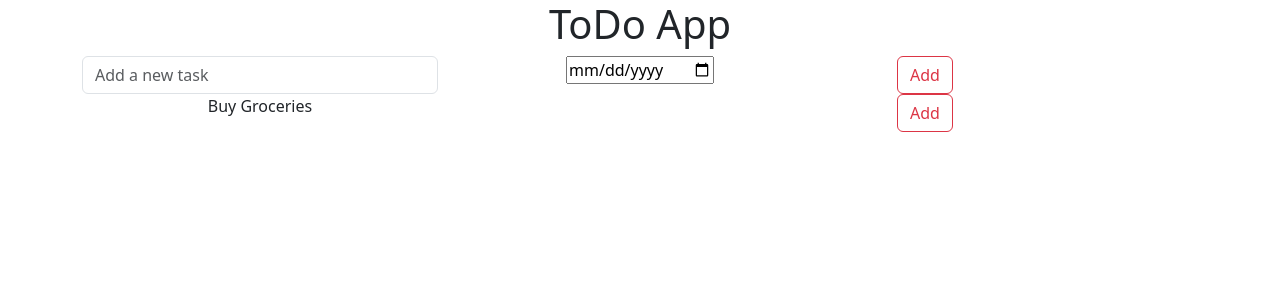
Repository: Mohitkumar1322/ReactTut
Page: / (app in ToDoApp/)
An editor plug-in stored every save of this project. The page is shown before and after the next save, followed by the edit.
The browser window is 1280 px wide. The pictures show the whole page.
The project was rebuilt for these pictures with package versions that can differ from the ones it lists, and the page was loaded fresh each time. Also part of the build but not shown: ToDoApp/vite.config.js.

Above is the page before, as saved 2025-08-24 11:21:47.

After the next save:
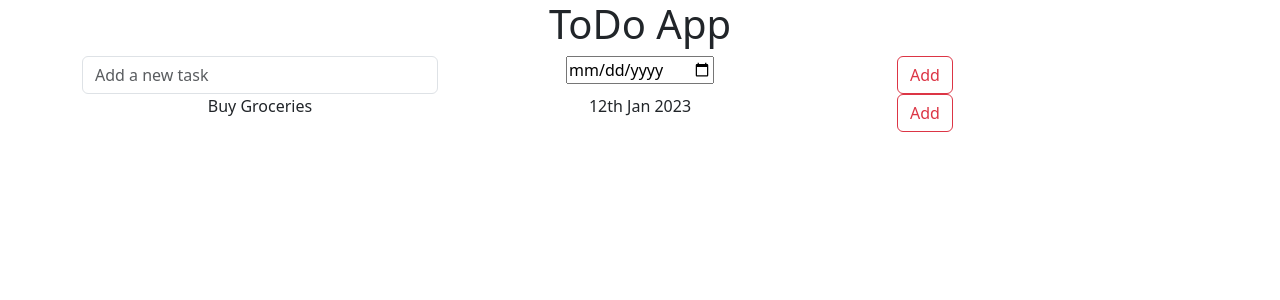
Saved 14 s later.
--- a/ToDoApp/src/App.jsx
+++ b/ToDoApp/src/App.jsx
@@ -19,7 +19,7 @@ function App() {
               Buy Groceries
             </div>
             <div class="col-4">
-
+              12th Jan 2023
             </div>
             <div class="col-2"><button type="button" class="btn btn-outline-danger">Add</button></div>
           </div>
